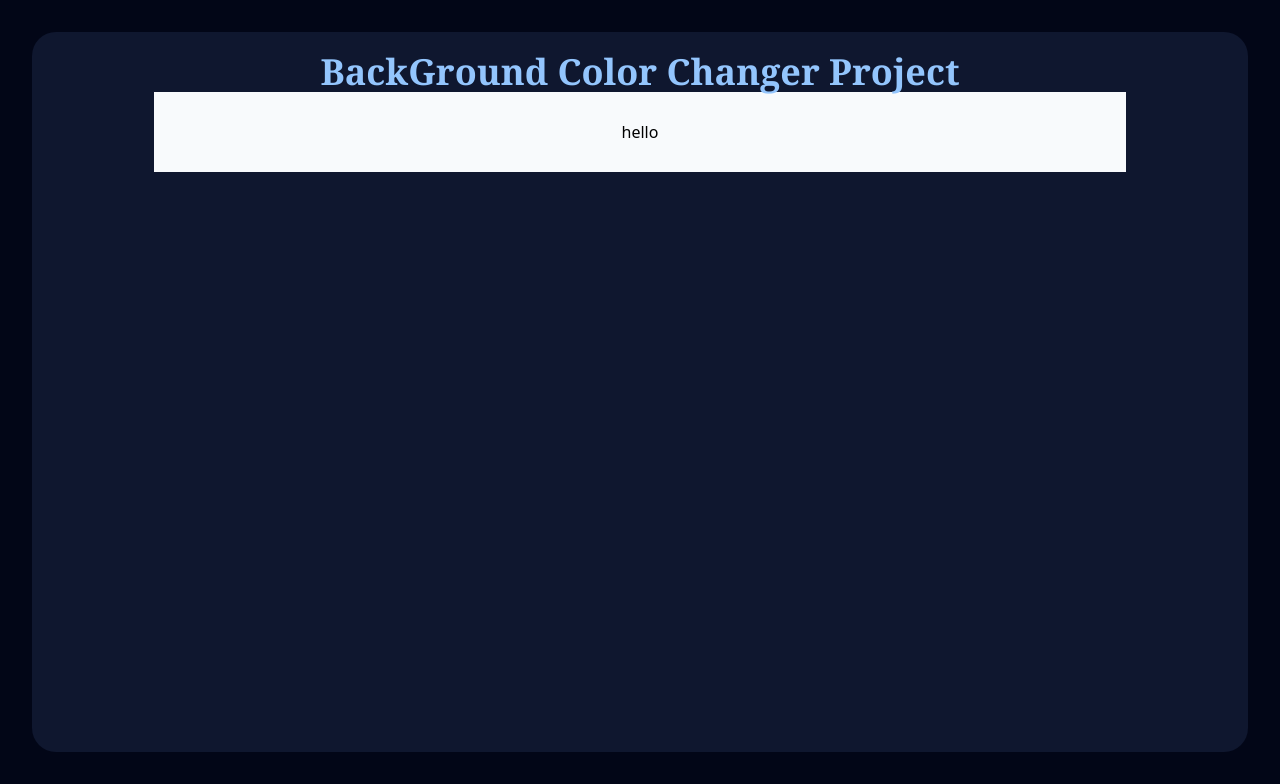
Repository: ChaitanyMishra/react-daily-work
Page: / (app in day-04-react/bg_color_changer/)
The author's editor kept a copy of each file at every save. The page is drawn from the files as they stood at one save, then again after a run of saves.
The browser window is 1280 px wide. The pictures show the whole page.
The project was rebuilt for these pictures with package versions that can differ from the ones it lists, and the page was loaded fresh each time. Also part of the build but not shown: day-04-react/bg_color_changer/vite.config.js.

Above is the page before, as saved 2025-06-20 17:06:39.

### day-04-react/bg_color_changer/src/index.css
@tailwind base;
@tailwind components;
@tailwind utilities;
body{
  @apply bg-slate-950
}

### day-04-react/bg_color_changer/src/App.jsx
import {useState } from 'react'
import ChangeBgColor from './backGrounColorChanger/bgChange'

import './App.css'

function App() {
  const [colorState , changeColor] = useState('#0f172f')

  return (
    <div className='w-full h-screen rounded-3xl ' style={{backgroundColor: colorState}}>

    <h1 className=' pt-5 text-4xl font-serif font-bold text-blue-300 '>BackGround Color Changer Project</h1>

    <ChangeBgColor />
    </div>

  )


}

export default App

### day-04-react/bg_color_changer/src/backGrounColorChanger/bgChange.jsx
export default function ChangeBgColor(){
    return(
        <div className=" h-[5rem] w-[80%] bg-slate-50 flex flex-wrap justify-center items-center m-auto fi ">
            hello
        </div>

    )


}

Loaded but not shown: day-04-react/bg_color_changer/index.html (common file); day-04-react/bg_color_changer/src/main.jsx (common file); day-04-react/bg_color_changer/src/App.css (common file); day-04-react/bg_color_changer/tailwind.config.js (common file)

After the next 2 saves:
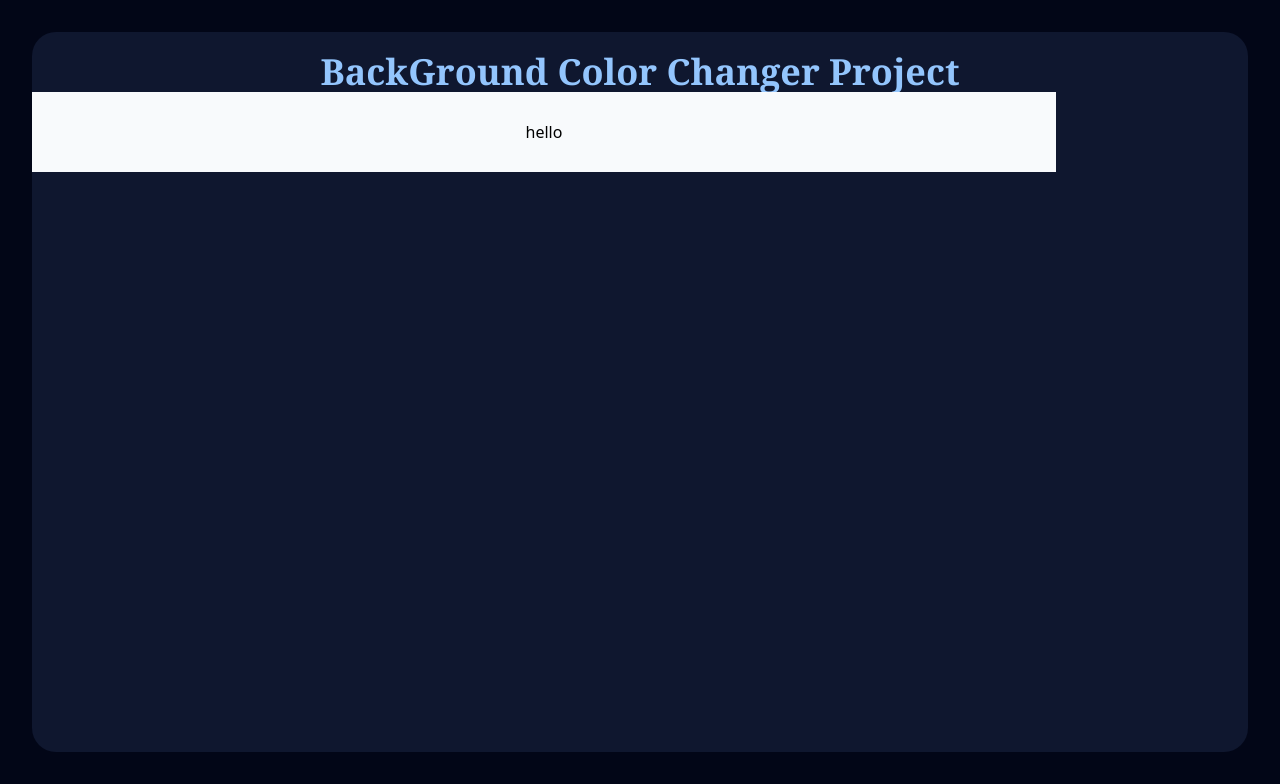
The 2 saves are shown as one change because they came seconds apart.
The last was saved 11 s later.
--- a/day-04-react/bg_color_changer/src/backGrounColorChanger/bgChange.jsx
+++ b/day-04-react/bg_color_changer/src/backGrounColorChanger/bgChange.jsx
@@ -1,6 +1,6 @@
 export default function ChangeBgColor(){
     return(
-        <div className=" h-[5rem] w-[80%] bg-slate-50 flex flex-wrap justify-center items-center m-auto fi ">
+        <div className=" h-[5rem] w-[80%] bg-slate-50 flex flex-wrap justify-center items-center m-auto fixed ">
             hello
         </div>
 

After the 2 saves that followed:
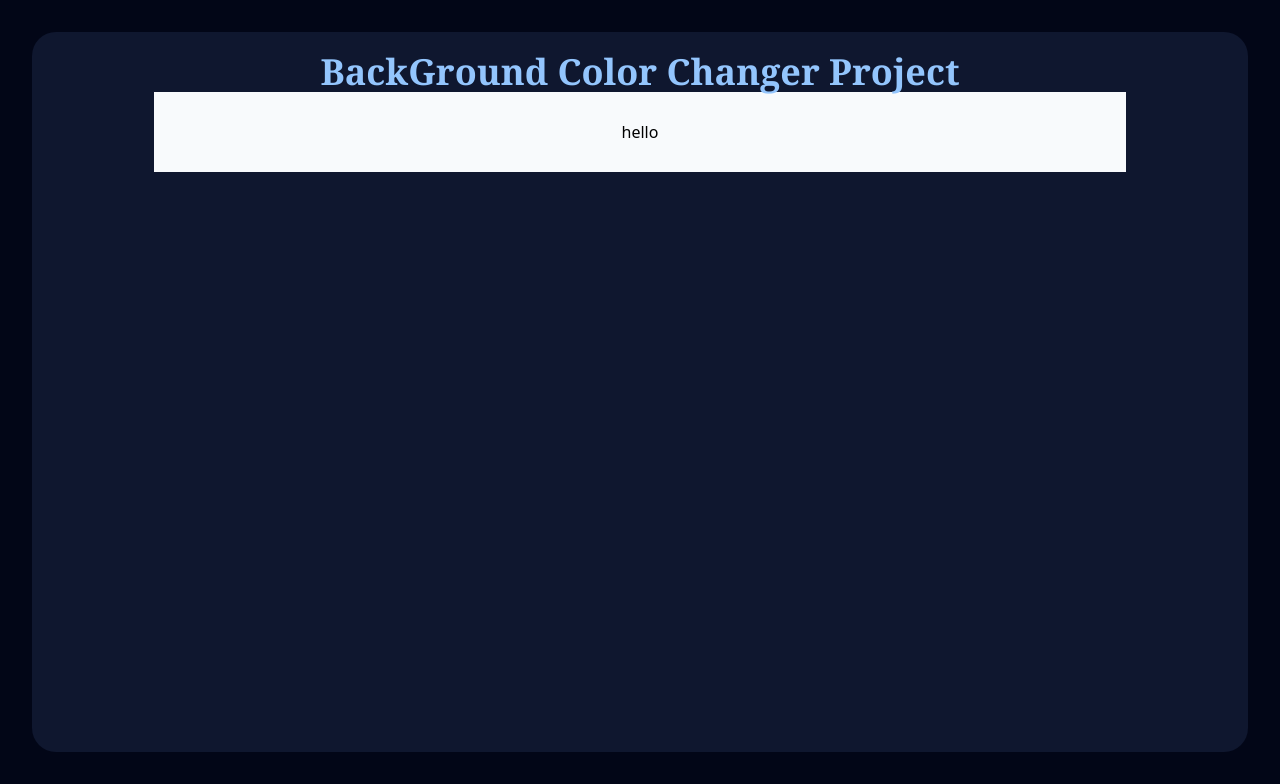
The 2 saves are shown as one change because they came seconds apart.
The last was saved 10 s later.
--- a/day-04-react/bg_color_changer/src/backGrounColorChanger/bgChange.jsx
+++ b/day-04-react/bg_color_changer/src/backGrounColorChanger/bgChange.jsx
@@ -1,6 +1,6 @@
 export default function ChangeBgColor(){
     return(
-        <div className=" h-[5rem] w-[80%] bg-slate-50 flex flex-wrap justify-center items-center m-auto fixed ">
+        <div className=" h-[5rem] w-[80%] bg-slate-50 flex flex-wrap justify-center items-center m-auto  ">
             hello
         </div>
 
